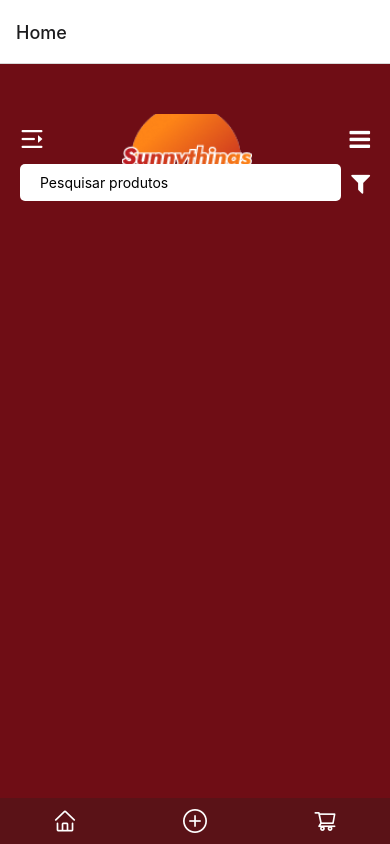
Repository: Luizzzin/SuperMercado
Screen: / (app in suny/)
The author's editor kept a copy of each file at every save. The screen is drawn from the files as they stood at one save, then again after the next save.
The app was drawn by React Native's web renderer in a window 390 px wide. The project was rebuilt for these pictures with package versions that can differ from the ones it lists, and the page was loaded fresh each time.

Above is the screen before, as saved 2024-05-09 11:21:39.

After the next save:
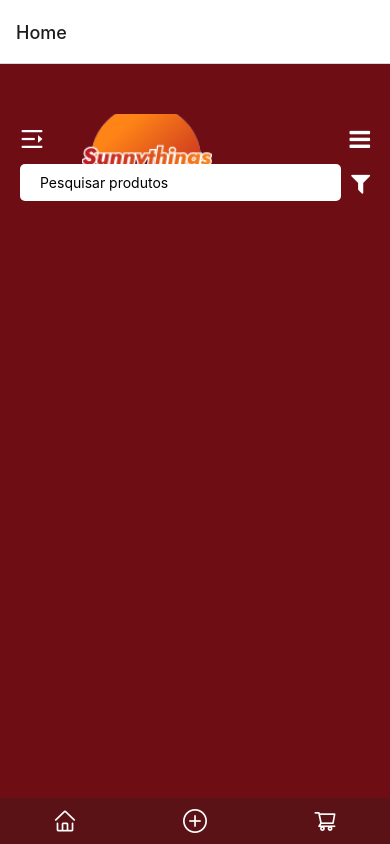
Saved 9 s later.
--- a/suny/HomeScreen.js
+++ b/suny/HomeScreen.js
@@ -68,7 +68,7 @@
   logo: {
     width: 130,
     height: 50,
-    right: 10,
+    right: 50,
   },
   searchBar: {
     flexDirection: 'row',
